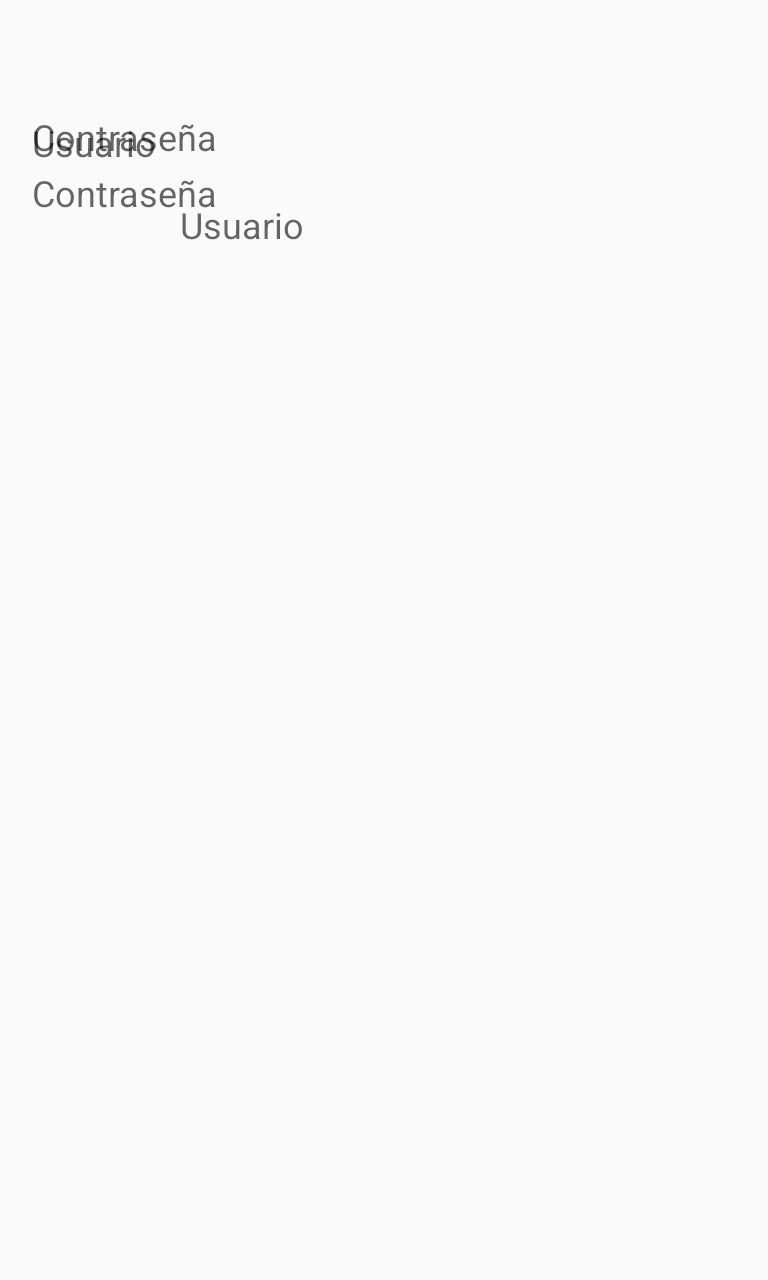
Repository: sempere-dani/pruebaGit
Layout: DobleVentanab/res/layout/activity_segunda.xml
An editor plug-in stored every save of this project. The layout is shown before and after the next save, followed by the edit.
It is drawn on a 768 x 1280 px phone screen (xhdpi) without system bars, with theme AppTheme; the app's code is not run.

Above is the layout before, as saved 2014-10-02 11:51:31.

After the next save:
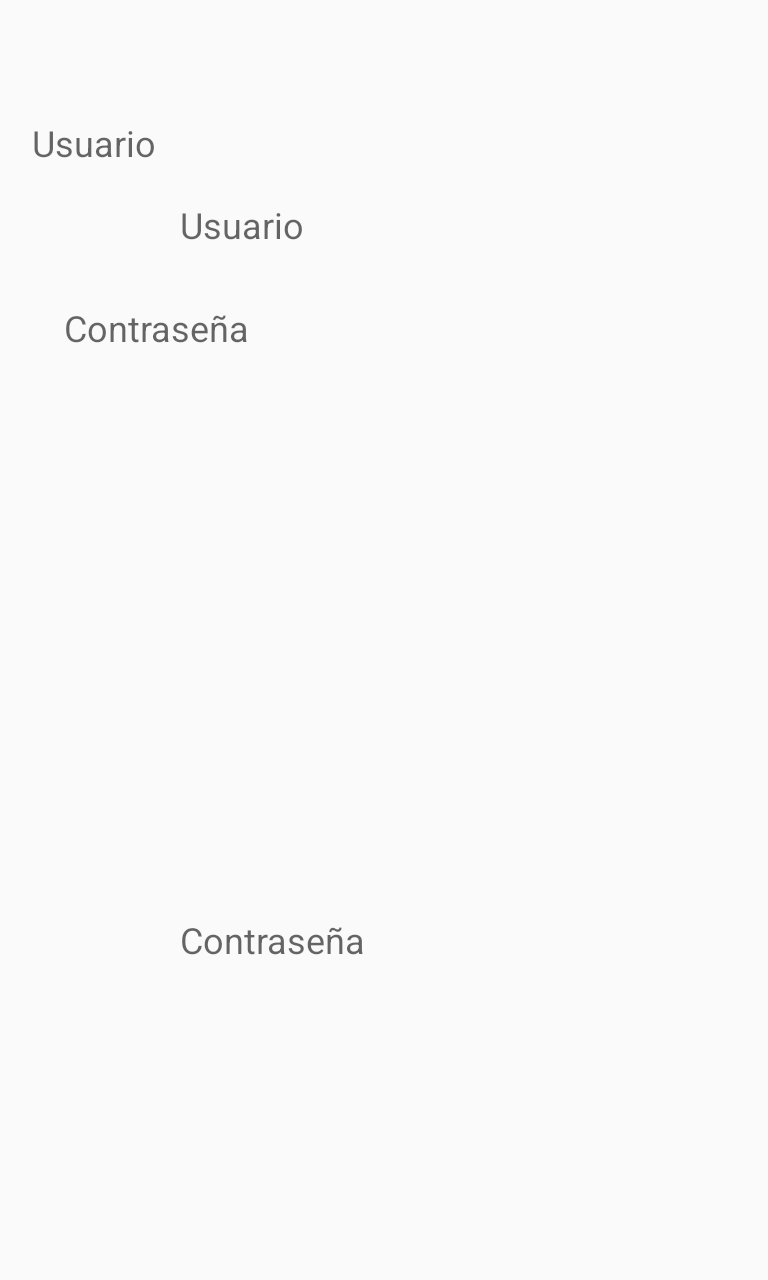
Saved 2 min 44 s later.
--- a/DobleVentanab/res/layout/activity_segunda.xml
+++ b/DobleVentanab/res/layout/activity_segunda.xml
@@ -33,9 +33,9 @@
         android:id="@+id/textPassword"
         android:layout_width="wrap_content"
         android:layout_height="wrap_content"
-        android:layout_alignRight="@+id/textView2"
-        android:layout_below="@+id/textView2"
-        android:layout_marginTop="68dp"
+        android:layout_alignLeft="@+id/textUsuario"
+        android:layout_alignParentBottom="true"
+        android:layout_marginBottom="142dp"
         android:text="@string/Password"
         android:textAppearance="?android:attr/textAppearanceMedium" />
 
@@ -43,9 +43,10 @@
         android:id="@+id/textPassword2"
         android:layout_width="wrap_content"
         android:layout_height="wrap_content"
-        android:layout_alignRight="@+id/textView3"
-        android:layout_below="@+id/textView3"
-        android:layout_marginTop="40dp"
+        android:layout_alignLeft="@+id/textUsuario2"
+        android:layout_below="@+id/textUsuario"
+        android:layout_marginLeft="16dp"
+        android:layout_marginTop="27dp"
         android:text="@string/Password"
         android:textAppearance="?android:attr/textAppearanceMedium" />
 
